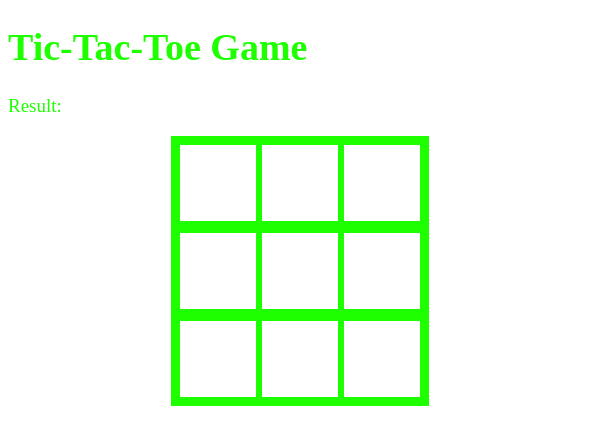
Repository: 0101chaitanya/Tic-Tac-Toe
Page: index.html
An editor plug-in stored every save of this project. The page is shown before and after a run of saves, followed by the edit.
The browser window is 600 px wide. The pictures show the whole page.

Above is the page before, as saved 2021-06-09 17:45:15.

### index.html
<!DOCTYPE html>
<html>
    <head>
<meta charset="utf-8">
<title>Tic-Tac-Toe Game</title>
<link rel="stylesheet" href="styles.css">
    </head>
<body>
    <h1 id="heading">Tic-Tac-Toe Game</h1>

    <div id = "Output">
        <p  >Result:</p>
    </div>
    <div id = "gameSquare">

    <div id = "row1">
    <div class = "r1Column"></div>
    <div class = "rlColumn"></div>
    <div class = "rlColumn"></div>
</div>
<div id = "row2">
    <div class = "r2Column"></div>
    <div class = "r2Column"></div>
    <div class = "r2Column"></div>
</div>
<div id = "row3">
    <div class = "r3Column"></div>
    <div class = "r3Column"></div>
    <div class = "r3Column"></div>
</div>
</div>
</body>
<script type="text/javascript" src="script.js"></script>
</html>

### styles.css
@media  screen and (max-width: 400px){
    :root{
        color:blue;
            font-size: 14px;
}

}
@media  screen and (min-width: 401px) and (max-width: 700px){
    :root{
        color:rgb(30, 255, 0);
            font-size: 19px;
}

}@media  screen and (min-width: 801px) {
    :root{
        color:rgb(255, 0, 221);
            font-size:25px;
}

}
#gameSquare{
    border-style: solid;
    width:fit-content;
    height:fit-content;
display:block;
margin:auto;
}
#gameSquare>div:nth-child(n){
    border-style: solid;
    display:flex;
    width:fit-content;
    height:fit-content;

}
#gameSquare>div:nth-child(n)>div:nth-child(n){
    border-style: solid;
    width:4rem;
    height:4rem;

}

### script.js
/* (function(){
let
})(); */

After the next 2 saves:
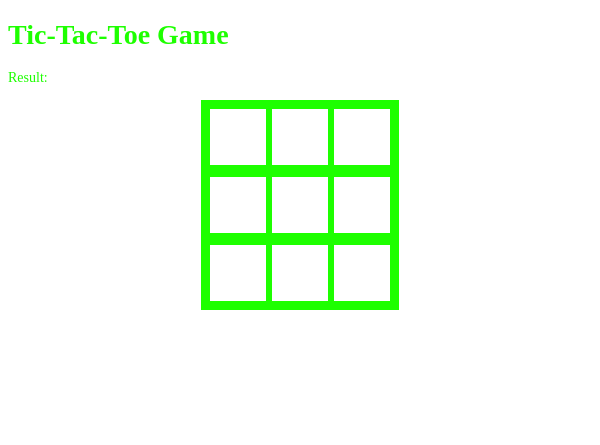
The 2 saves are shown as one change because they came seconds apart.
The last was saved 12 s later.
--- a/styles.css
+++ b/styles.css
@@ -8,7 +8,7 @@
 @media  screen and (min-width: 401px) and (max-width: 700px){
     :root{
         color:rgb(30, 255, 0);
-            font-size: 19px;
+            font-size: 14px;
 }
 
 }@media  screen and (min-width: 801px) {
